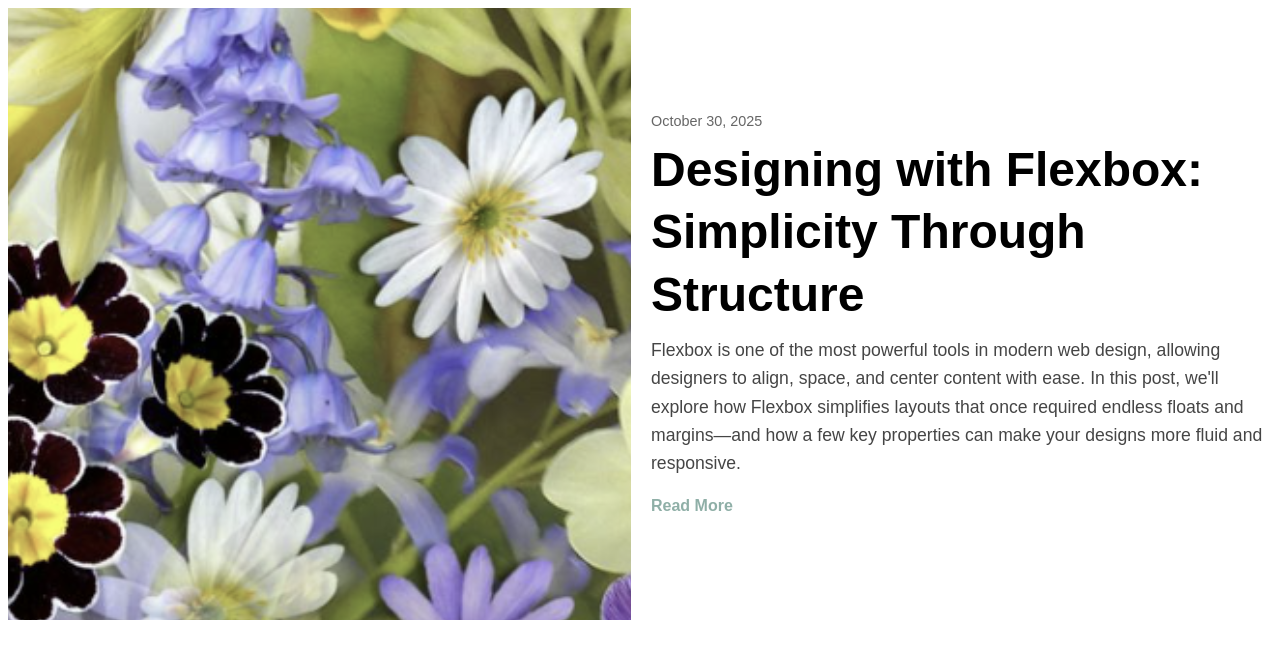
Repository: Brittany-Westlund/WebDesign
Page: Assignment4/flexbox.html
An editor plug-in stored every save of this project. The page is shown before and after the next save, followed by the edit.
The browser window is 1280 px wide. The pictures show the whole page.

Above is the page before, as saved 2025-10-30 17:36:02.

### Assignment4/flexbox.html
<!DOCTYPE html>
<html lang="en">
<head>
    <meta charset="UTF-8">
    <title>Flexbox Layout</title>
    <link rel="stylesheet" href="style/style.css">
</head>

<body>

<div class="blog-preview">

    <img src="images/wildflowers-square.png" alt="A closeup of wildflowers.">

    <div class="blog-text">
        <p class="date">October 30, 2025</p>

        <h2 class="post-title">Designing with Flexbox: Simplicity Through Structure</h2>

        <p class="post-preview">
        Flexbox is one of the most powerful tools in modern web design, allowing designers to align, space, and center content
        with ease. In this post, we'll explore how Flexbox simplifies layouts that once required endless floats and margins—and
        how a few key properties can make your designs more fluid and responsive.
        </p>

        <a href="blog-post.html" class="read-more">Read More</a>
    </div>
</div>










</body>
</html>

### Assignment4/style/style.css
.blog-preview {
  display: flex; /* activates Flexbox */
  flex-direction: row; /* aligns items in a row (default, but explicit is good) */
  align-items: center; /* vertically centers items within the row */
  gap: 20px; /* adds space between items */
}

.blog-text {
  display: flex;
  flex-direction: column; /* stacks each text element vertically */
  gap: 10px; /* adds consistent space between elements */
}


.date {
  font-family: Arial, Helvetica, sans-serif;
  font-size: 0.9rem;
  color: #666;
  margin: 0;
}

.post-title {
  font-family: Arial, Helvetica, sans-serif;
  font-size: 3rem;
  font-weight: 600;
  line-height: 1.3;
  margin: 0;
}

.post-preview {
  font-family: Arial, Helvetica, sans-serif;
  font-size: 1.1rem;
  color: #454545;
  line-height: 1.6;
  margin: 0;
}

.read-more {
  font-family: Arial, Helvetica, sans-serif;
  text-decoration: none;
  font-weight: bold;
  color: #8fafa7;
  margin-top: 10px;
}

After the next save:
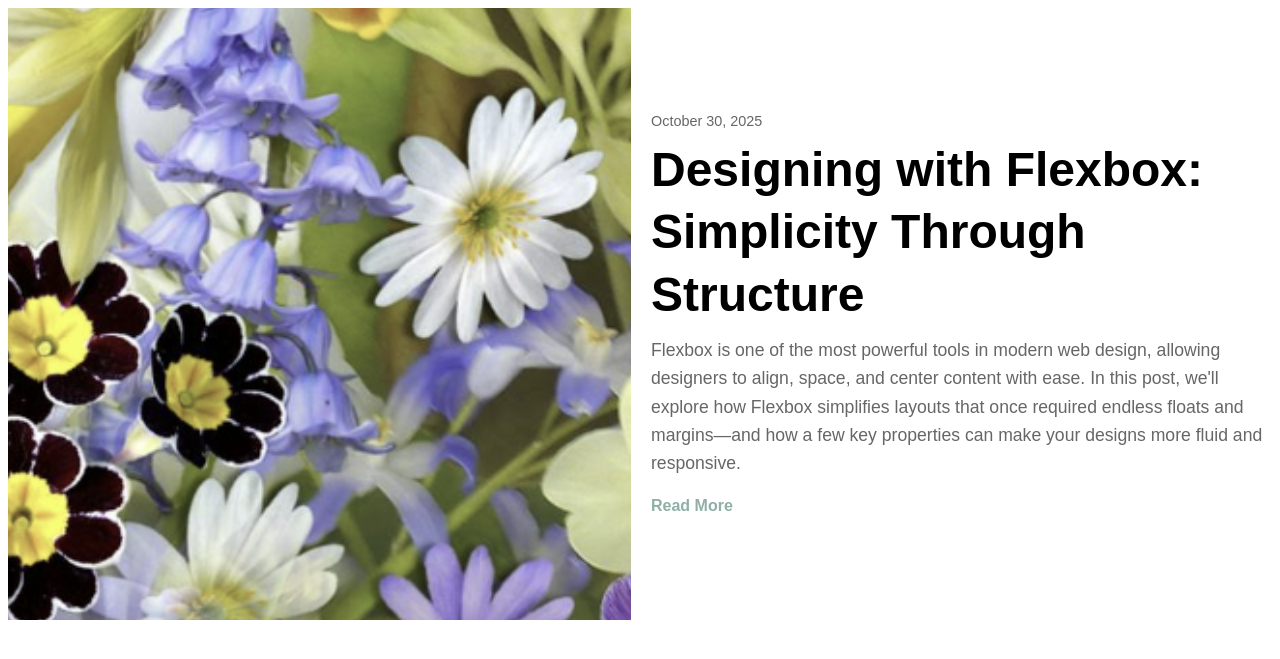
Saved 22 s later.
--- a/Assignment4/style/style.css
+++ b/Assignment4/style/style.css
@@ -30,7 +30,7 @@
 .post-preview {
   font-family: Arial, Helvetica, sans-serif;
   font-size: 1.1rem;
-  color: #454545;
+  color: #666;
   line-height: 1.6;
   margin: 0;
 }
